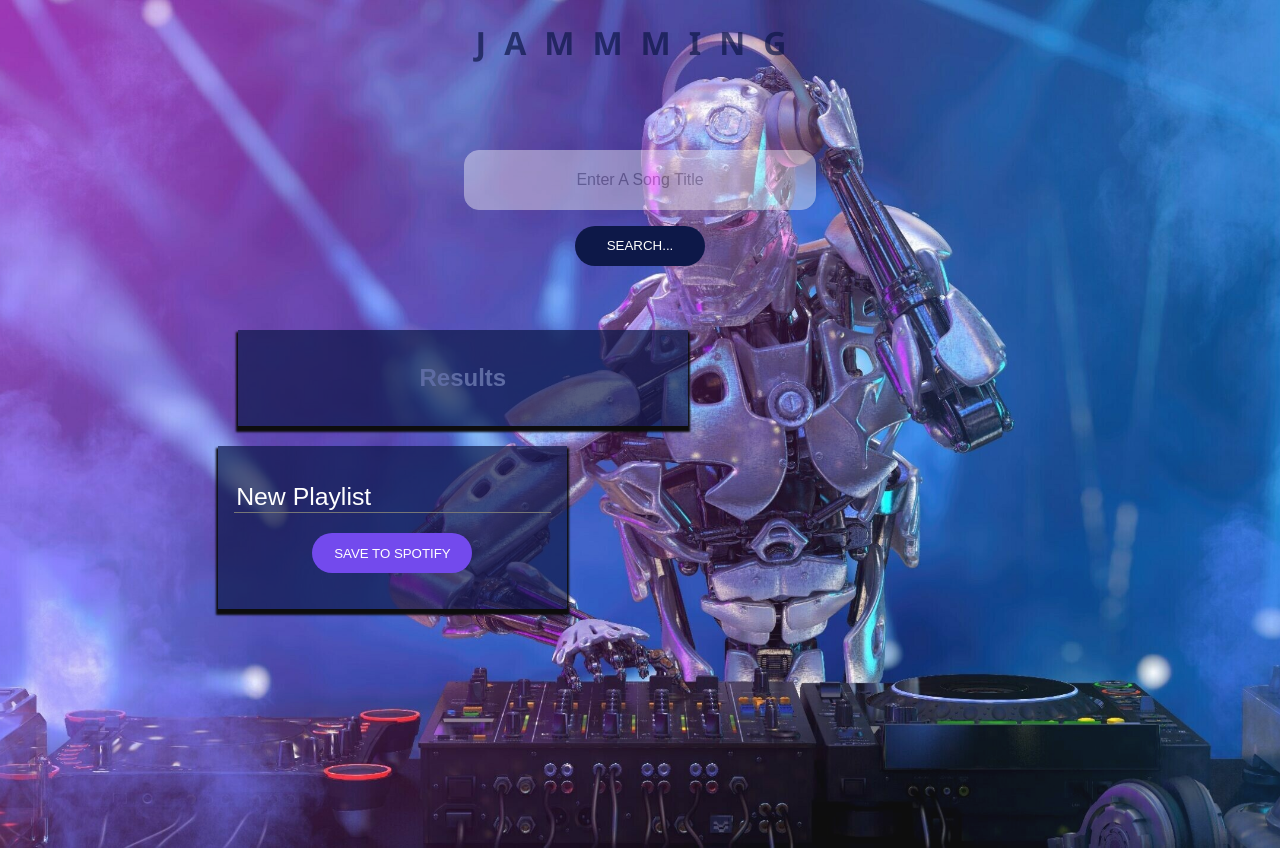
Repository: LolaSL/jamming
Page: /
The author's editor kept a copy of each file at every save. The page is drawn from the files as they stood at one save, then again after a run of saves.
The browser window is 1280 px wide. The pictures show the whole page.
The project was rebuilt for these pictures with package versions that can differ from the ones it lists, and the page was loaded fresh each time. Also part of the build but not shown: src/components/Track/Track.css, src/components/Track/Track.jsx.

Above is the page before, as saved 2023-06-22 18:42:04.

After the next 4 saves:
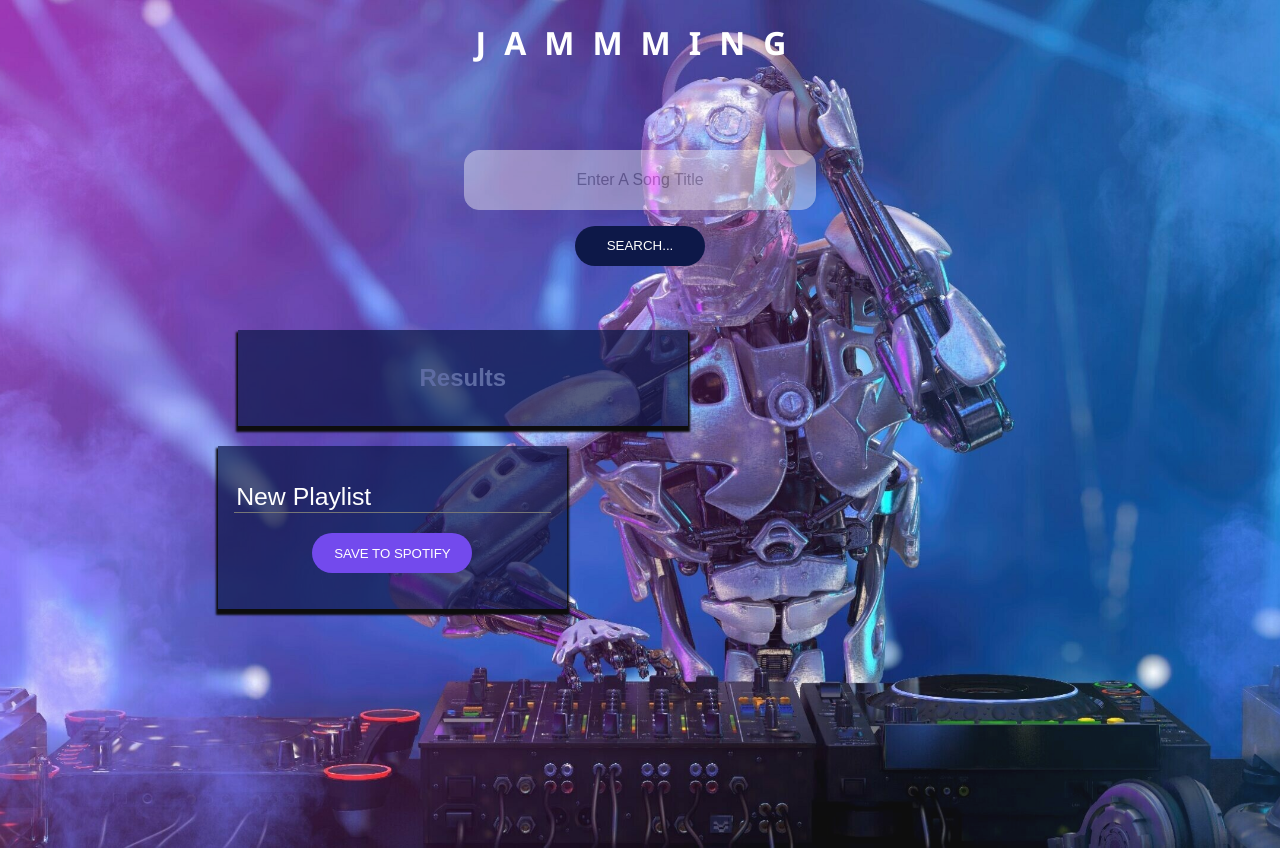
The 4 saves are shown as one change because they came seconds apart.
The last was saved 23 s later.
--- a/src/App/App.css
+++ b/src/App/App.css
@@ -23,5 +23,5 @@ h1{
   font-family:'Segoe UI', Tahoma, Geneva, Verdana, sans-serif;
   text-transform: uppercase;
   letter-spacing: 18px;
-  color:  rgba(1, 12, 63, 0.7);
+  color: #ffffff;
 }
